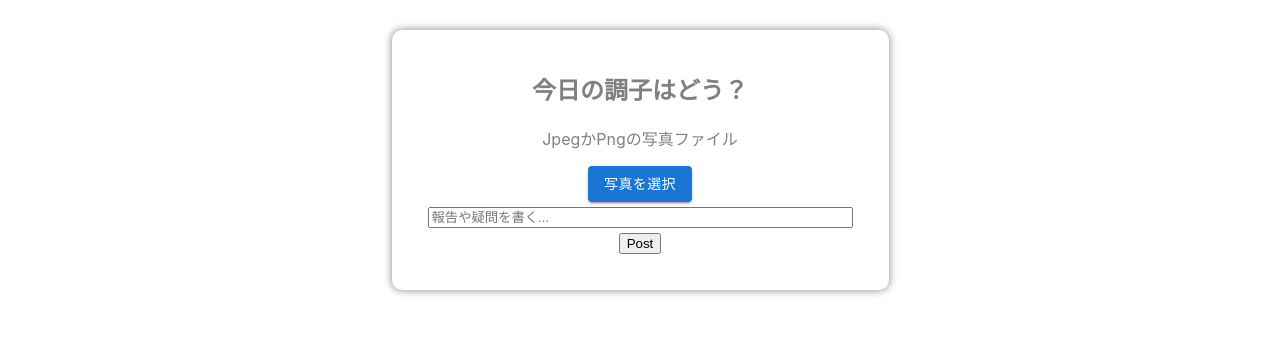
Repository: Seiya00002/seeds_surfers_react_sns
Page: /
An editor plug-in stored every save of this project. The page is shown before and after the next save, followed by the edit.
The browser window is 1280 px wide. The pictures show the whole page.
The page's requests for data from a server got no answer. The project was rebuilt for these pictures with package versions that can differ from the ones it lists, and the page was loaded fresh each time. No one was signed in, and anything a server would have sent is missing. Also part of the build but not shown: src/Post.css, src/Post.tsx.

Above is the page before, as saved 2023-08-03 07:44:16.

After the next save:
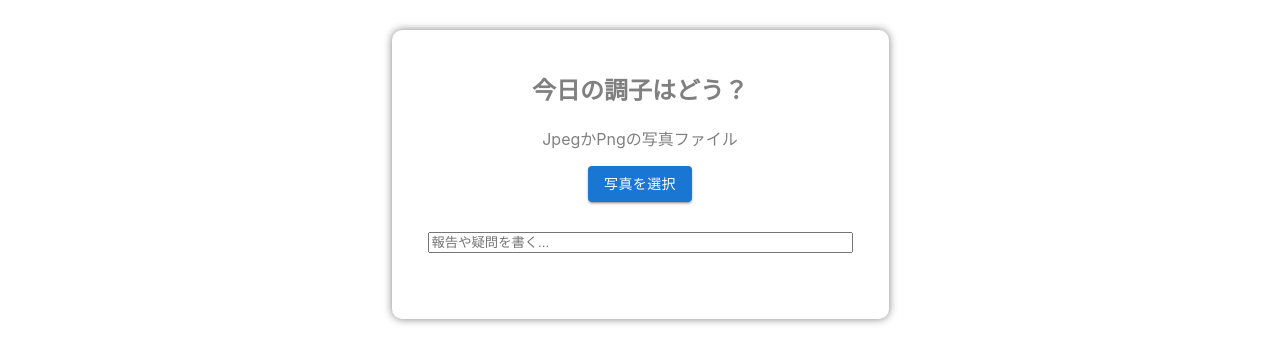
Saved 69 s later.
--- a/src/PostUploader.css
+++ b/src/PostUploader.css
@@ -38,11 +38,10 @@
   }
 
   .textPost {
-    margin: 5px 0;
+    margin: 30px 0;
   }
 
-  .testUploadInput {
-    margin: 5px 0;
+  .textUploadInput {
     opacity: 0;
     position: absolute;
     top: 0;
